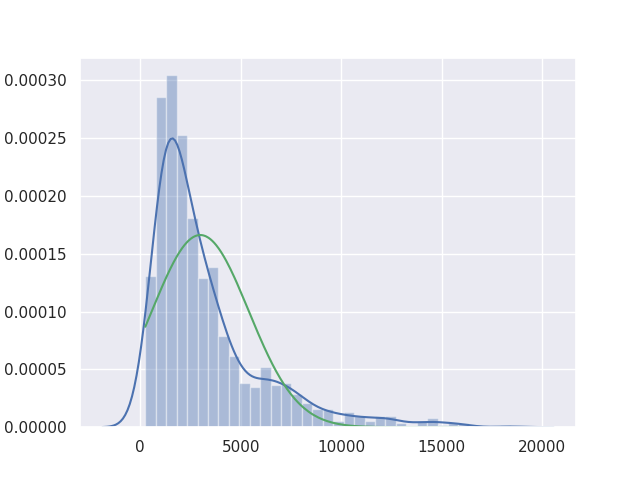
Repository: Suelt/Hust-SE-introduction-to-ML
Script's output: python Bayes Classification/Gaussian.py
The author's editor kept a copy of each file at every save. The script's output is drawn from the files as they stood at one save, then again after the next save.
Random numbers start from a fixed seed.

Above is the script's output before, as saved 2021-04-28 12:21:50.

After the next save:
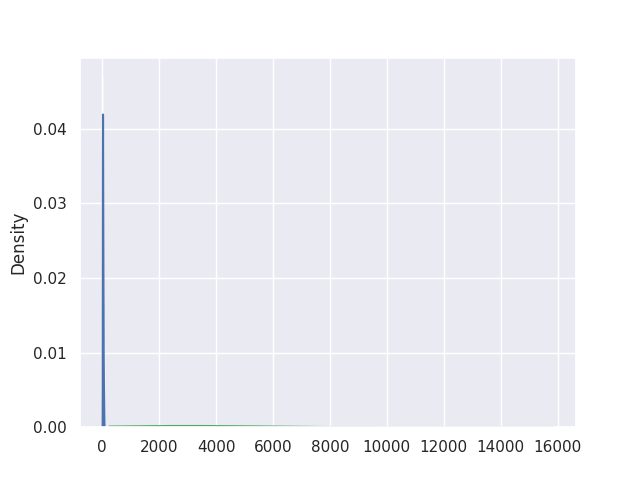
Saved 34 s later.
--- a/Bayes Classification/Gaussian.py
+++ b/Bayes Classification/Gaussian.py
@@ -43,7 +43,7 @@ values.sort()
 # plt.show()
 
 sns.set()
-x=list(credit['amount'])
+x=list(credit['age'])
 sns.distplot(x)
 
 arr_mean = np.mean(list_status)
